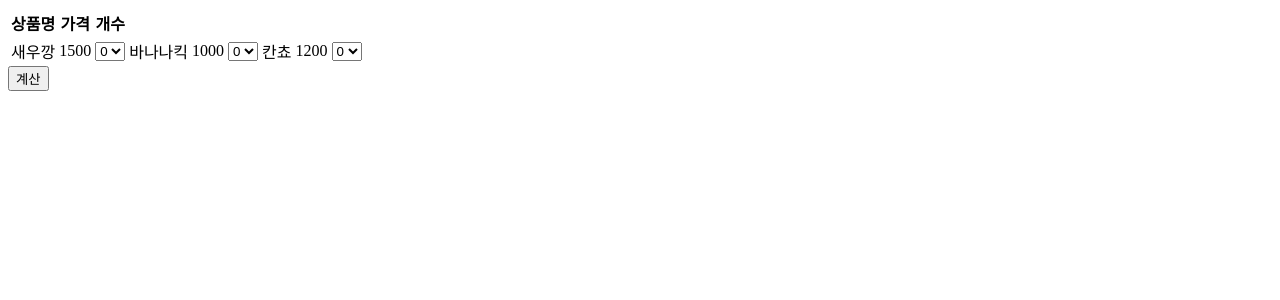
Repository: PARKJONGSUN88/multicampus_study
Page: 3-7. jsp, servletStudy Study/1. 실습/workspace2/web1/WebContent/product.html
The author's editor kept a copy of each file at every save. The page is drawn from the files as they stood at one save, then again after the next save.
The browser window is 1280 px wide. The pictures show the whole page.

Above is the page before, as saved 2019-06-28 06:43:22.

After the next save:
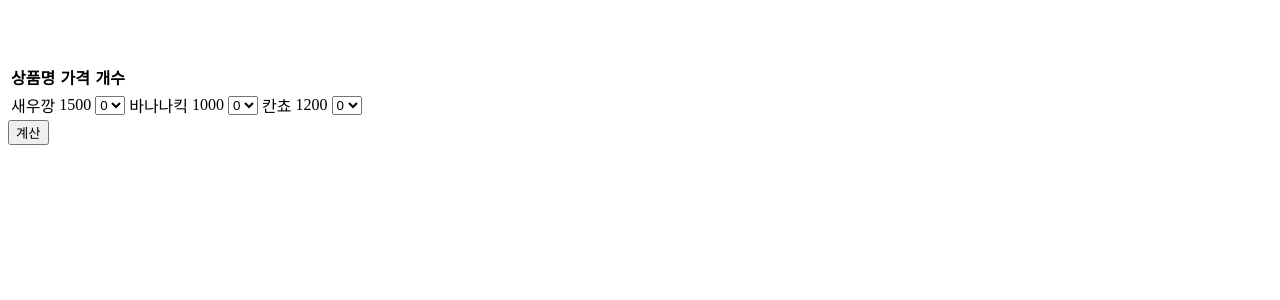
Saved 32 s later.
--- a/3-7. jsp, servletStudy Study/1. 실습/workspace2/web1/WebContent/product.html
+++ b/3-7. jsp, servletStudy Study/1. 실습/workspace2/web1/WebContent/product.html
@@ -10,9 +10,9 @@
 <th>가격</th>
 <th>개수</th>
 <tr>
-	<td>새우깡</td><td>1500</td><td><select><option>0</option><option>1</option><option>2</option><option>3</option><option>4</option><option>5</option></select></td>
-	<td>바나나킥</td><td>1000</td><td><select><option>0</option><option>1</option><option>2</option><option>3</option><option>4</option><option>5</option></select></td>
-	<td>칸쵸</td><td>1200</td><td><select><option>0</option><option>1</option><option>2</option><option>3</option><option>4</option><option>5</option></select></td>
+	<td>새우깡</td><td>1500</td><td><select><option>0</option><option>1</option><option>2</option><option>3</option><option>4</option><option>5</option></select></td><br>
+	<td>바나나킥</td><td>1000</td><td><select><option>0</option><option>1</option><option>2</option><option>3</option><option>4</option><option>5</option></select></td><br>
+	<td>칸쵸</td><td>1200</td><td><select><option>0</option><option>1</option><option>2</option><option>3</option><option>4</option><option>5</option></select></td><br>
 </tr>
 </table>
 <input type="submit" value="계산">
